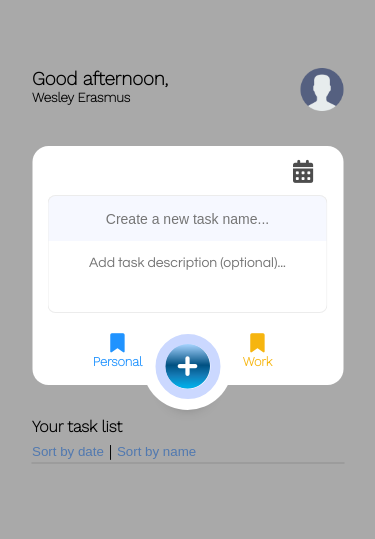
Repository: WesleyErasmus/Todo-App
Page: todoApp.html
An editor plug-in stored every save of this project. The page is shown before and after the next save, followed by the edit.
The browser window is 375 px wide. The pictures show the whole page.
Some web libraries are served in a nearby version.

Above is the page before, as saved 2022-06-25 11:54:10.

After the next save:
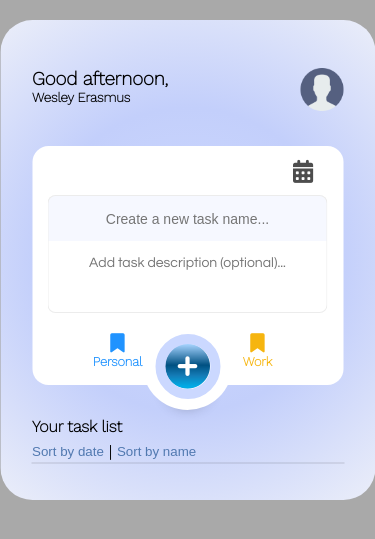
Saved 89 s later.
--- a/source/css/todoApp.css
+++ b/source/css/todoApp.css
@@ -691,8 +691,8 @@ Task title, Task description, Show description button */
 
   main {
     background-image: none;
-    background: none;
-    border-radius: none;
+    /* background: none;
+    border-radius: none; */
     padding: 2rem 2rem 0.5rem 2rem;
     flex: 1 1 0%;
     align-items: center;
@@ -700,5 +700,12 @@ Task title, Task description, Show description button */
     width: 100%;
     height: auto;
     margin-top: 20px;
+
+  /* position: absolute; */
+  /* left: 50%;
+  margin-right: -50%; */
+  /* transform: translate(-50%); */
+  background: var(--background);
+  background-image: var(--background-color);
   }
 }
